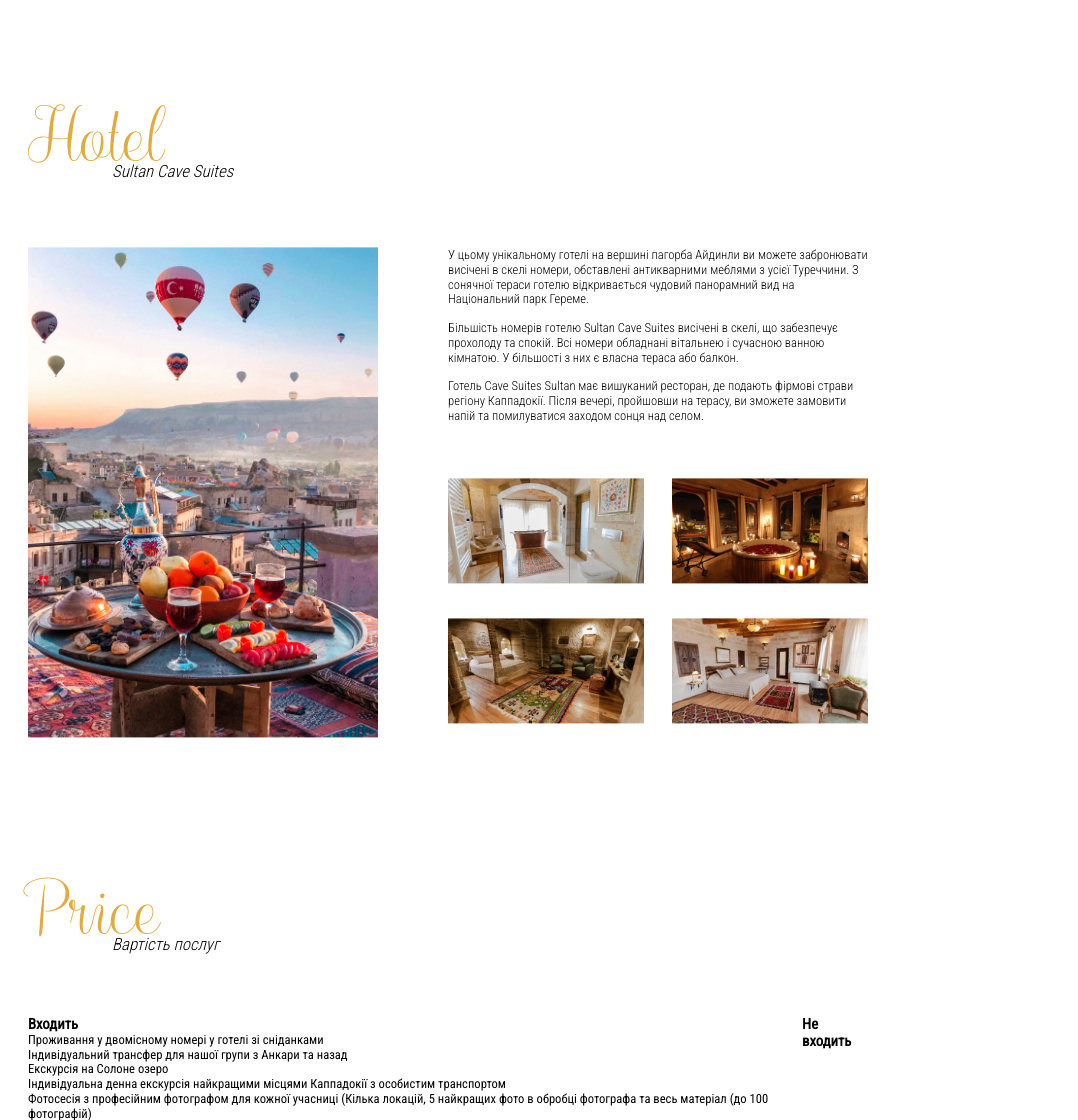
Repository: KYUUBI-K/cappadocia
Page: index.html
An editor plug-in stored every save of this project. The page is shown before and after the next save, followed by the edit.
The browser window is 1280 px wide. The page is 1540 px wide, so the pictures cover 1540 px, including what lies to the right of the window. The pictures show the part of the page from y = 3179 to 4779 px (the page is 4779 px tall), at 70% of full size.

Above is the page before, as saved 2025-08-21 19:16:08.

### index.html
<!DOCTYPE html>
<html lang="en">
  <head>
    <meta charset="UTF-8" />
    <meta name="viewport" content="width=device-width, initial-scale=1.0" />
    <title>Cappadocia</title>
    <link rel="stylesheet" href="./styles.css" />
  </head>
  <body>
    <header class="header">
      <div class="wrapper">
        <nav class="header-menu">
          <ul class="header-menu-list">
            <li class="header-menu-item">
              <a class="header-menu-link" href="#route">Маршрут</a>
            </li>
            <li class="header-menu-item">
              <a class="header-menu-link" href="#hotel">Готель</a>
            </li>
            <li class="header-menu-item">
              <a class="header-menu-link" href="#price">Вартість</a>
            </li>
          </ul>
          <div class="telephone">
            <svg
              class="phone-icon"
              width="30"
              height="30"
              viewBox="0 0 30 30"
              fill="none"
              xmlns="http://www.w3.org/2000/svg"
            >
              <g clip-path="url(#clip0_31_0)">
                <path
                  d="M23.7091 18.5839C23.0949 17.9444 22.3541 17.6025 21.569 17.6025C20.7902 17.6025 20.0431 17.9381 19.4036 18.5776L17.4027 20.5721C17.2381 20.4835 17.0735 20.4011 16.9152 20.3188C16.6873 20.2049 16.472 20.0972 16.2884 19.9832C14.4142 18.7929 12.7109 17.2416 11.0774 15.2345C10.2859 14.2341 9.75404 13.3919 9.36781 12.5372C9.88701 12.0623 10.3682 11.5684 10.8368 11.0935C11.0141 10.9162 11.1913 10.7326 11.3686 10.5553C12.6983 9.22568 12.6983 7.50346 11.3686 6.1738L9.64007 4.44525C9.44379 4.24896 9.24117 4.04635 9.05122 3.84373C8.67132 3.45117 8.27242 3.04594 7.86086 2.66604C7.24669 2.05819 6.51221 1.73528 5.73974 1.73528C4.96727 1.73528 4.22013 2.05819 3.58696 2.66604C3.58063 2.67237 3.58063 2.67237 3.5743 2.6787L1.42152 4.85047C0.61106 5.66093 0.148846 6.64868 0.0475384 7.79472C-0.104423 9.64358 0.440104 11.3658 0.857997 12.4928C1.88373 15.2598 3.41601 17.8241 5.70175 20.5721C8.47504 23.8836 11.8118 26.4986 15.6235 28.3411C17.0798 29.0313 19.0237 29.848 21.1954 29.9873C21.3284 29.9937 21.4677 30 21.5943 30C23.057 30 24.2853 29.4745 25.2477 28.4297C25.2541 28.4171 25.2667 28.4107 25.2731 28.3981C25.6023 27.9992 25.9822 27.6383 26.3811 27.252C26.6534 26.9924 26.932 26.7202 27.2042 26.4353C27.8311 25.7831 28.1603 25.0233 28.1603 24.2445C28.1603 23.4594 27.8247 22.7059 27.1852 22.0727L23.7091 18.5839ZM25.9759 25.2512C25.9695 25.2512 25.9695 25.2576 25.9759 25.2512C25.7289 25.5172 25.4757 25.7578 25.2034 26.0237C24.7918 26.4163 24.374 26.8278 23.9814 27.29C23.3419 27.9739 22.5884 28.2968 21.6007 28.2968C21.5057 28.2968 21.4044 28.2968 21.3094 28.2904C19.4289 28.1701 17.6813 27.4357 16.3707 26.8088C12.7869 25.0739 9.64007 22.6109 7.02508 19.4894C4.86597 16.887 3.42234 14.481 2.46625 11.8977C1.8774 10.3211 1.66212 9.09272 1.7571 7.93401C1.82042 7.19321 2.10534 6.57903 2.63087 6.0535L4.78999 3.89439C5.10024 3.60313 5.42949 3.44484 5.75241 3.44484C6.1513 3.44484 6.47422 3.68544 6.67683 3.88806C6.68317 3.89439 6.6895 3.90072 6.69583 3.90705C7.08206 4.26796 7.4493 4.64153 7.83554 5.04043C8.03182 5.24304 8.23443 5.44565 8.43705 5.6546L10.1656 7.38316C10.8368 8.05432 10.8368 8.67482 10.1656 9.34599C9.98198 9.5296 9.8047 9.71322 9.62108 9.89051C9.08921 10.435 8.58268 10.9416 8.03182 11.4354C8.01916 11.4481 8.00649 11.4544 8.00016 11.4671C7.45563 12.0116 7.55694 12.5435 7.67091 12.9044C7.67724 12.9234 7.68358 12.9424 7.68991 12.9614C8.13946 14.0504 8.77263 15.0762 9.73505 16.2982L9.74138 16.3045C11.4889 18.4573 13.3315 20.1352 15.3639 21.4205C15.6235 21.5852 15.8895 21.7181 16.1427 21.8448C16.3707 21.9587 16.586 22.0664 16.7696 22.1804C16.7949 22.193 16.8202 22.212 16.8456 22.2247C17.0608 22.3323 17.2634 22.383 17.4724 22.383C17.9979 22.383 18.3272 22.0537 18.4348 21.9461L20.6003 19.7806C20.8155 19.5654 21.1574 19.3058 21.5563 19.3058C21.9489 19.3058 22.2718 19.5527 22.4681 19.768C22.4744 19.7743 22.4744 19.7743 22.4808 19.7806L25.9695 23.2694C26.6217 23.9152 26.6217 24.5801 25.9759 25.2512Z"
                  fill="black"
                />
                <path
                  d="M16.2124 7.13621C17.8713 7.41481 19.3782 8.19994 20.5813 9.40296C21.7843 10.606 22.5631 12.1129 22.848 13.7718C22.9176 14.1897 23.2786 14.481 23.6901 14.481C23.7408 14.481 23.7851 14.4747 23.8357 14.4683C24.3043 14.3923 24.6145 13.9491 24.5386 13.4806C24.1966 11.4734 23.2469 9.64357 21.7969 8.19361C20.347 6.74365 18.5171 5.79389 16.51 5.45198C16.0414 5.376 15.6045 5.68625 15.5222 6.14847C15.4399 6.61068 15.7438 7.06023 16.2124 7.13621Z"
                  fill="black"
                />
                <path
                  d="M29.9654 13.2337C29.4019 9.92851 27.8443 6.92095 25.4509 4.52757C23.0575 2.13418 20.05 0.576584 16.7448 0.0130621C16.2826 -0.0692501 15.8457 0.247335 15.7634 0.70955C15.6874 1.1781 15.9977 1.61498 16.4662 1.6973C19.4168 2.1975 22.1078 3.59681 24.2479 5.73059C26.388 7.87071 27.781 10.5617 28.2812 13.5123C28.3508 13.9302 28.7117 14.2214 29.1233 14.2214C29.1739 14.2214 29.2183 14.2151 29.2689 14.2087C29.7311 14.1391 30.0477 13.6959 29.9654 13.2337Z"
                  fill="black"
                />
              </g>
              <defs>
                <clipPath id="clip0_31_0">
                  <rect width="30" height="30" fill="white" />
                </clipPath>
              </defs>
            </svg>
            <div class="number-text">+38(066)555-777-6</div>
          </div>
        </nav>
        <div class="main-title">
          <h1 class="main-title-text">Cappadocia</h1>
          <p class="main-subtitle-text">Ексклюзивний тур</p>
        </div>
      </div>
    </header>

    <section class="about">
      <div class="wrapper">
        <div class="about-title">
          <h2 class="section-title-text">Fairy tail</h2>
          <p class="about-subtitle-text">Казкова країна чудес</p>
        </div>
        <img
          src="./images/Rectangle-about.jpg"
          alt="Hot air balloon"
          class="about-img"
        />
        <div class="about-content">
          <aside class="about-text">
            <!-- prettier-ignore -->
            <p>
            Каппадокія – казкова країна повітряних куль, сирних будиночків,
            різнокольорових долин та чарівних світанків!
            Сюди приїжджають, щоб побачити природні чудеса політати на
            повітряній кулі і, звичайно ж,зробити мільйон красивих фотографій!
          </p>
            <!-- prettier-ignore -->
            <p>
            На учасників туру чекає професійна фотосесія від найкращих
            фотографів Каппадокії!
            Адже саме за чарівними світанками на тлі повітряних куль сюди
            приїжджають люди з усього світу!
          </p>

            <h3>Також Ви побачите:</h3>
            <ul class="about-list">
              <li>Музей на відкритому повітрі у Геремі</li>
              <li>Ущелина Іхлара та монастир Селіме</li>
              <li>Підземні міста</li>
              <li>Фортеця Учхісар</li>
              <li>Зельве та Пашабаг</li>
            </ul>
            <p>та багато інших визначних пам'яток.</p>
            <!-- prettier-ignore -->
            <p>
            Місцева кухня - один із приводів відвідати Каппадокію, тут є ресторани
            на будь-який бюджет.
          </p>
          </aside>
        </div>
      </div>
    </section>

    <section class="route" id="route">
      <div class="wrapper">
        <div class="route-title">
          <h2 class="section-title-text">Our trip</h2>
          <p class="route-subtitle-text">Маршрут</p>
        </div>
        <img
          src="./images/Rectangle-route.png"
          alt="Route map"
          class="route-img"
        />
        <div class="route-content">
          <aside class="route-text">
            <div class="day">
              <h3>День 1</h3>
              <ul>
                <li>Виліт з Києва</li>
                <li>Трансфер до Каппадокії</li>
                <li>Поселення в готель</li>
                <li>Вечірня фотосесія</li>
              </ul>
            </div>

            <div class="day">
              <h3>День 2</h3>
              <ul>
                <li>Фотосесія</li>
                <li>Сніданок у готелі</li>
                <li>Денний тур Каппадокією</li>
                <li>Захід сонця з панорамним видом</li>
              </ul>
            </div>

            <div class="day">
              <h3>День 3</h3>
              <ul>
                <li>Політ на повітряній кулі</li>
                <li>Сніданок у готелі</li>
                <li>Екскурсії на вибір</li>
              </ul>
            </div>

            <div class="day">
              <h3>День 4</h3>
              <ul>
                <li>Вільний час, шопінг</li>
                <li>Трансфер до Анкари</li>
                <li>Виліт до Києва</li>
              </ul>
            </div>
            <button type="button" class="reservation">Забронювати</button>
          </aside>
        </div>
      </div>
    </section>
    <section class="hotel" id="hotel">
      <div class="wrapper">
        <div class="hotel-title">
          <h2 class="section-title-text">Hotel</h2>
          <p class="hotel-subtitle-text">Sultan Cave Suites</p>
        </div>

        <div class="hotel-content">
          <img
            src="./images/Rectangle-hotel.jpg"
            alt="Hot air balloon"
            class="hotel-img"
          />
          <aside class="hotel-side-right">
            <div class="hotel-text">
              <!-- prettier-ignore -->
              <p>
              У цьому унікальному готелі на вершині пагорба Айдинли ви можете забронювати
              висічені в скелі номери, обставлені антикварними меблями з усієї Туреччини. З
              сонячної тераси готелю відкривається чудовий панорамний вид на
              Національний парк Гереме.
            </p>
              <!-- prettier-ignore -->
              <p>
              Більшість номерів готелю Sultan Cave Suites висічені в скелі, що забезпечує
              прохолоду та спокій. Всі номери обладнані вітальнею і сучасною ванною
              кімнатою. У більшості з них є власна тераса або балкон.
            </p>
              <!-- prettier-ignore -->
              <p>
              Готель Cave Suites Sultan має вишуканий ресторан, де подають фірмові страви
              регіону Каппадокії. Після вечері, пройшовши на терасу, ви зможете замовити
              напій та помилуватися заходом сонця над селом.
            </p>
            </div>

            <div class="hotel-images-list">
              <img
                src="./images/Rectangle-hotel1.jpg"
                alt="Hotel room"
                class="hotel-image"
              />
              <img
                src="./images/Rectangle-hotel2.jpg"
                alt="Hotel room"
                class="hotel-image"
              />
              <img
                src="./images/Rectangle-hotel3.jpg"
                alt="Hotel room"
                class="hotel-image"
              />
              <img
                src="./images/Rectangle-hotel4.jpg"
                alt="Hotel room"
                class="hotel-image"
              />
            </div>
          </aside>
        </div>
      </div>
    </section>
    <section class="price" id="price">
      <div class="wrapper">
        <div class="price-title">
          <h2 class="section-title-text">Price</h2>
          <p class="price-subtitle-text">Вартість послуг</p>
        </div>
        <div class="price-content">
          <aside class="price-left">
            <h3>Входить</h3>
            <ul class="price-text">
              <li>Проживання у двомісному номері у готелі зі сніданками</li>
              <li>Індивідуальний трансфер для нашої групи з Анкари та назад</li>
              <li>Екскурсія на Солоне озеро</li>
              <li>Індивідуальна денна екскурсія найкращими місцями Каппадокії з особистим транспортом</li>
              <li>Фотосесія з професійним фотографом для кожної учасниці
              (Кілька локацій, 5 найкращих фото в обробці фотографа та весь матеріал (до 100 фотографій)</li>
            </ul>
          </aside>
          <aside class="price-center">
            <h3>Не входить</h3>

          </aside>
          <aside class="price-right">
          </aside>
        </div>

    </section>
  </body>
</html>

### styles.css
@font-face {
  font-family: "Roboto Condensed";
  src: url("./fonts/RobotoCondensed-Light.woff2") format("woff2");
  font-weight: 300;
  font-style: normal;
  font-display: swap;
}

@font-face {
  font-family: "Roboto Condensed";
  src: url("./fonts/RobotoCondensed-Regular.woff2") format("woff2");
  font-weight: 400;
  font-style: normal;
  font-display: swap;
}

@font-face {
  font-family: "Balqis";
  src: url("./fonts/Balqis.woff2") format("woff2");
  font-weight: 400;
  font-style: normal;
  font-display: swap;
}

html {
  box-sizing: border-box;
}
*,
*::before,
*::after {
  box-sizing: inherit;
  margin: 0;
  padding: 0;
}

:root {
  --color-dark: #000000;
  --color-light: #ffffff;
  --color-gray: #e5e5e5;
  --color-orange: #e2ab3f;

  --border: 1px solid var(--color-orange);

  --font-family-base: "Roboto Condensed", sans-serif;
  --font-family-accent: "Balqis", sans-serif;

  --input-height: 50px;
}

li {
  list-style: none;
}

body {
  /* word-wrap: break-word; */
  font-size: 18px;
  font-family: var(--font-family-base);
  background-color: var(--color-light);
  color: var(--color-dark);
}

.header {
  min-height: 100svh;
  background: url("./images/Rectangle.jpg") no-repeat center center;
  background-size: cover;
  background-position: center;
  margin-bottom: 200px;
}
.wrapper {
  margin: 0 auto;
  height: 100%;
  max-width: 1200px;
}

.header-menu {
  display: flex;
  justify-content: space-between;
  align-items: center;
  font-family: var(--font-family-base);
  font-size: 24px;
  font-weight: 400;
  padding-top: 72px;
}
.header-menu-list {
  display: flex;
  column-gap: 45px;
}
.header-menu-link {
  text-decoration: none;
  color: inherit;
}
.telephone {
  display: flex;
  align-items: center;
  column-gap: 10px;
}

.main-title {
  margin-top: 152px;
  text-align: center;
}

.main-title-text {
  font-family: var(--font-family-accent);
  font-size: 250px;
  font-weight: 400;
  line-height: 1;
}

.main-subtitle-text {
  font-family: var(--font-family-base);
  color: var(--color-dark);
  font-weight: 300;
  font-size: 56px;
  line-height: 0;
  font-style: italic;
  transform: translateX(25%);
}

.about {
  margin-bottom: 200px;
  position: relative;
}

.about-title {
  margin-bottom: 100px;
}

.section-title-text {
  font-family: var(--font-family-accent);
  font-weight: 400;
  line-height: 1;
  font-size: 96px;
  color: var(--color-orange);
}

.about-subtitle-text {
  font-family: var(--font-family-base);
  font-weight: 300;
  font-size: 24px;
  font-style: italic;
  line-height: 0;
  transform: translateX(15%);
}

.about-content {
  display: flex;
  justify-content: flex-end;
}

.about-img {
  position: absolute;
  left: 0;
  width: 960px;
  height: 700px;
  object-fit: cover;
  object-position: center;
}
.about-text p {
  font-family: var(--font-family-base);
  font-weight: 300;
  font-size: 18px;
  white-space: pre-line;
  padding-bottom: 50px;
}
.about-list {
  padding-bottom: 50px;
  font-family: var(--font-family-base);
  font-weight: 300;
}

.about-text h3 {
  padding-bottom: 50px;
}

.route {
  position: relative;
  margin-bottom: 200px;
}
.route-title {
  margin-bottom: 108px;
}

.route-subtitle-text {
  transform: translateX(20%);
  font-family: var(--font-family-base);
  font-weight: 300;
  font-size: 24px;
  font-style: italic;
  line-height: 0;
}
.route-content {
  position: relative;
  font-family: var(--font-family-base);
}
.day {
  max-width: 295px;
  margin-bottom: 50px;
}
.route-text {
  font-size: 24px;
  font-weight: 300;
  margin-bottom: 50px;
}
.day h3 {
  margin-bottom: 20px;
}

.reservation {
  border: var(--border);
  text-transform: uppercase;
  font-size: 24px;
  padding: 11px 64px;
  background: none;
}

.route-img {
  position: absolute;
  top: 0;
  right: 0;
  width: 960px;
  height: 1095px;
  object-fit: cover;
  object-position: center;
}

.hotel {
  margin-bottom: 200px;
  position: relative;
}
.hotel-title {
  margin-bottom: 108px;
}
.hotel-subtitle-text {
  transform: translateX(10%);
  font-family: var(--font-family-base);
  font-weight: 300;
  font-size: 24px;
  font-style: italic;
  line-height: 0;
}
.hotel-content {
  display: flex;
  justify-content: space-between;
  column-gap: 100px;
}

.hotel-text {
  margin-bottom: 80px;
}
.hotel-text p {
  margin-bottom: 20px;
  /* white-space: pre-line;  */
  font-family: var(--font-family-base);
  font-size: 18px;
  font-weight: 300;
}
.hotel-img {
  width: 500px;
  height: 700px;
  object-fit: cover;
  object-position: center;
}

.hotel-images-list {
  display: flex;
  flex-wrap: wrap;
  justify-content: space-between;
  row-gap: 50px;
}
.hotel-image {
  width: 280px;
  height: 150px;
  object-fit: cover;
  object-position: center;
}

.price-title {
  margin-bottom: 100px;
}

.price-subtitle-text {
  transform: translateX(10%);
  font-family: var(--font-family-base);
  font-weight: 300;
  font-size: 24px;
  font-style: italic;
  line-height: 0;
}

.price-content {
  display: flex;
  justify-content: space-between;
}

@media (max-width: 1040px) {
  .main-title-text {
    font-size: 150px;
  }
  .main-subtitle-text {
    font-size: 46px;
  }
}

@media (max-width: 830px) {
  .header-menu {
    padding-top: 40px;
  }

  .header-menu-list {
    column-gap: 35px;
  }
  .main-title-text {
    font-size: 150px;
  }
  .main-subtitle-text {
    font-size: 36px;
  }
}

@media (max-width: 630px) {
  .header-menu {
    font-size: 18px;
  }
  .header-menu-list {
    column-gap: 20px;
  }
  .telephone {
    column-gap: 5px;
  }
  .phone-icon {
    width: 18px;
    height: 18px;
  }
  .main-title-text {
    font-size: 100px;
  }
  .main-subtitle-text {
    font-size: 26px;
  }
}

@media (max-width: 450px) {
  .header-menu {
    font-size: 15px;
  }
  .header-menu-list {
    column-gap: 15px;
  }
  .telephone {
    column-gap: 3px;
  }
  .phone-icon {
    width: 15px;
    height: 15px;
  }
  .main-title-text {
    font-size: 50px;
  }
  .main-subtitle-text {
    font-size: 15px;
  }
}

After the next save:
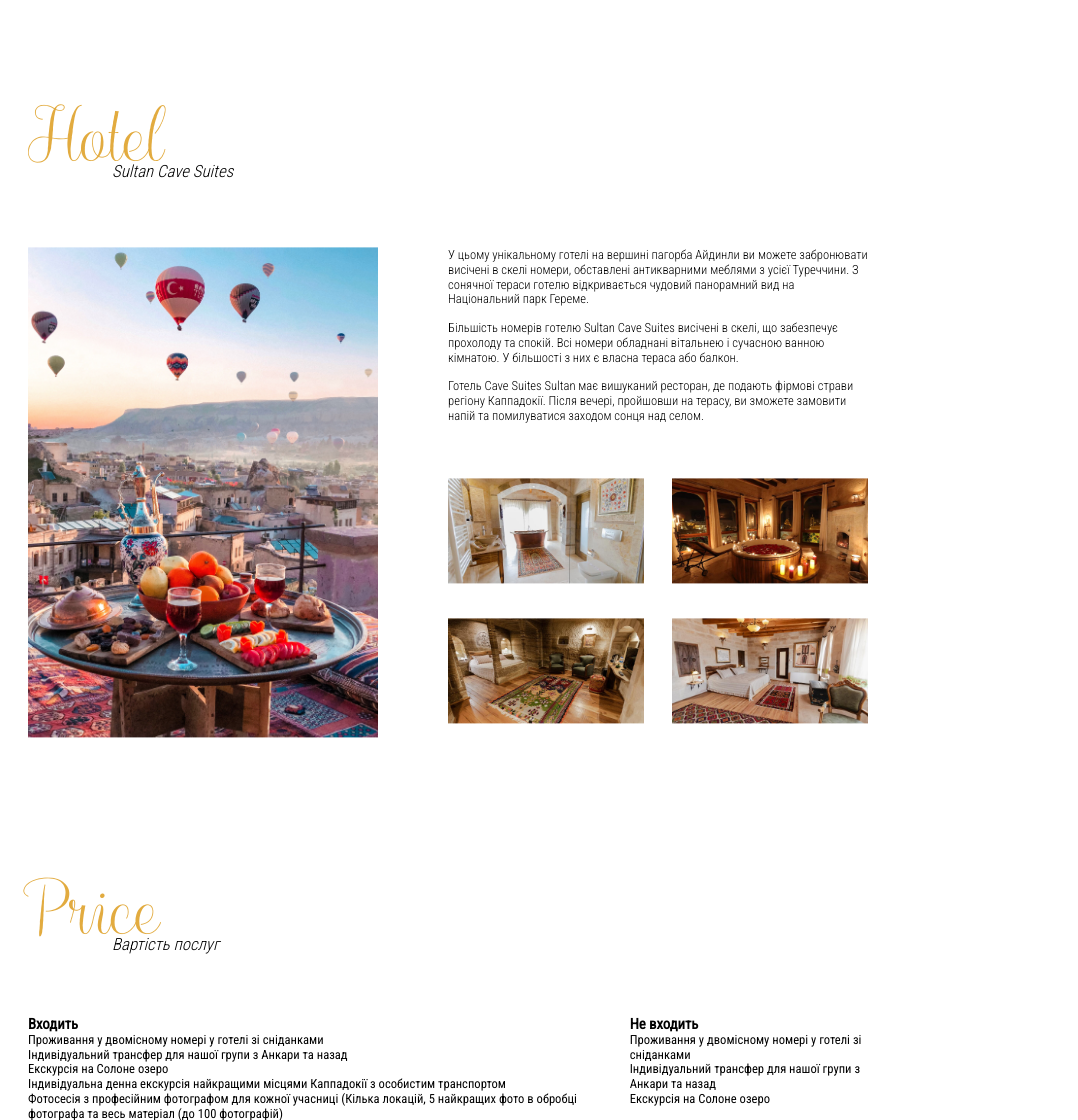
Saved 56 s later.
--- a/index.html
+++ b/index.html
@@ -244,6 +244,11 @@
           </aside>
           <aside class="price-center">
             <h3>Не входить</h3>
+            <ul class="price-text">
+              <li>Проживання у двомісному номері у готелі зі сніданками</li>
+              <li>Індивідуальний трансфер для нашої групи з Анкари та назад</li>
+              <li>Екскурсія на Солоне озеро</li>
+            </ul>
 
           </aside>
           <aside class="price-right">
